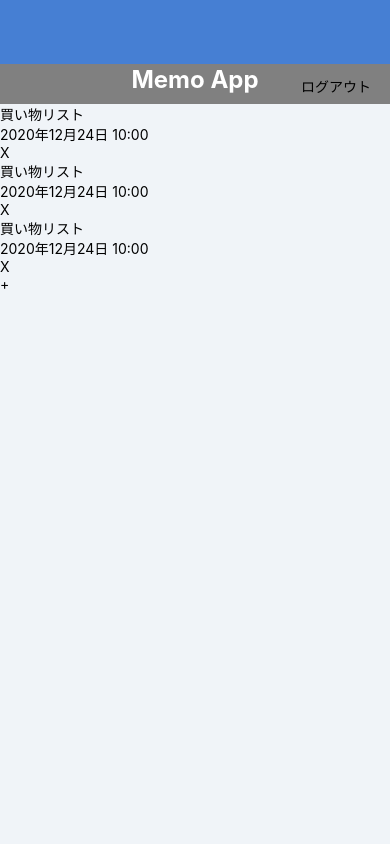
Repository: hirano-step/MemoApp
Screen: /
These files come from the project's save history. The screen is drawn as it stood at one moment and after the next save; the edit follows.
The app was drawn by React Native's web renderer in a window 390 px wide. The project was rebuilt for these pictures with package versions that can differ from the ones it lists, and the page was loaded fresh each time.

Above is the screen before, as saved 2023-01-12 11:09:43.

After the next save:
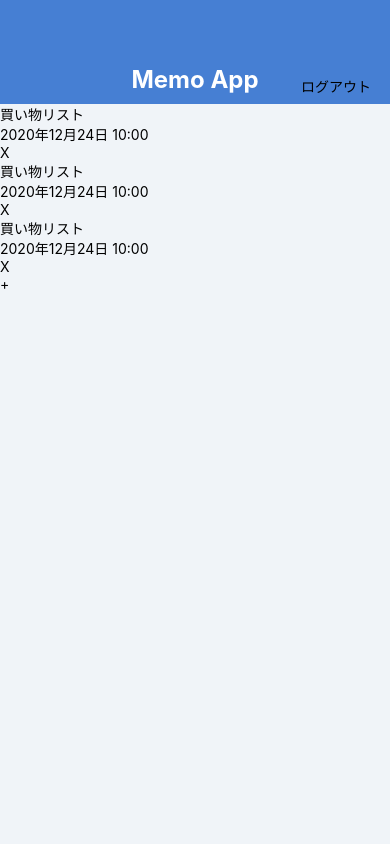
Saved 9 s later.
--- a/App.jsx
+++ b/App.jsx
@@ -62,7 +62,6 @@ const styles = StyleSheet.create({
     justifyContent: 'flex-end',
   },
   appbarInner: {
-    backgroundColor: 'gray',
     alignItems: 'center',
   },
   appbarRight: {
